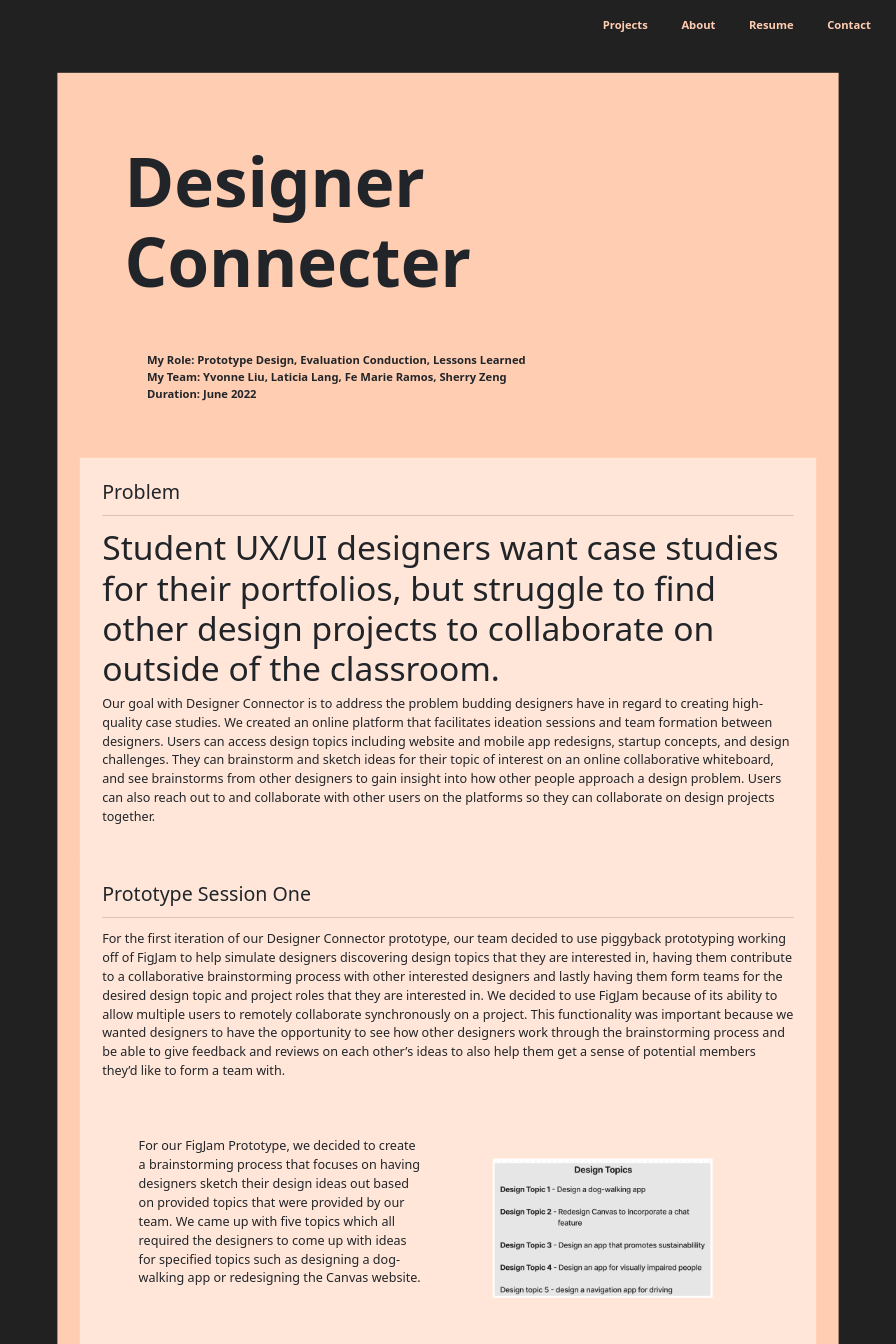
Repository: thais-chen/Portfolio
Page: designer.html
An editor plug-in stored every save of this project. The page is shown before and after the next save, followed by the edit.
The browser window is 1280 px wide. The pictures show the part of the page from y = 0 to 1920 px (the page is 10987 px tall), at 70% of full size.
A picture or video elsewhere on the page could not be fetched, so the positions and the page height are approximate.

Above is the page before, as saved 2022-06-22 19:20:15.

### designer.html
<!DOCTYPE html>
<!--[if lt IE 7]>      <html class="no-js lt-ie9 lt-ie8 lt-ie7"> <![endif]-->
<!--[if IE 7]>         <html class="no-js lt-ie9 lt-ie8"> <![endif]-->
<!--[if IE 8]>         <html class="no-js lt-ie9"> <![endif]-->
<!--[if gt IE 8]>      <html class="no-js"> <!--<![endif]-->
<html>
    <head>
        <meta charset="utf-8">
        <meta http-equiv="X-UA-Compatible" content="IE=edge">
        <title></title>
        <meta name="description" content="">
        <meta name="viewport" content="width=device-width, initial-scale=1">
        <link href="https://cdn.jsdelivr.net/npm/bootstrap@5.2.0-beta1/dist/css/bootstrap.min.css" rel="stylesheet"
        integrity="sha384-0evHe/X+R7YkIZDRvuzKMRqM+OrBnVFBL6DOitfPri4tjfHxaWutUpFmBp4vmVor" crossorigin="anonymous">
        <link rel="stylesheet" href="designer.css">
    </head>
    <body>
       <header>

        <nav>
            <div class="container-fluid">
                <ul class="nav justify-content-end">

                    <li class="nav-item"><a href="index.html/#projects"> Projects</a></li>
                    <li class="nav-item"><a href="#about"> About</a> </li>
                    <li class="nav-item"><a href="#projects"> Resume</a></li>
                    <li class="nav-item "><a href="#contact"> Contact</a></li>
                </ul>
        </nav>
        </div>




       </header>
       <main class="container">


        <div class="process">
            <div>

                <div class="col">
                    <h1> Designer <br> Connecter</h1>

                </div>
                <div class=" modal-dialog modal-dialog-centered">
                        <ul>
                            <li>My Role: Prototype Design, Evaluation Conduction, Lessons Learned </li>
                            <li>My Team: Yvonne Liu, Laticia Lang, Fe Marie Ramos, Sherry Zeng</li>
                            <li>Duration: June 2022 </li>
                        </ul>


                </div>
            </div>
        <div class="setting-prob ">
            <h3> Problem</h3>
            <hr>

            <h3 class="display-5">
                Student UX/UI designers want case studies for their portfolios, but struggle to find other design projects to collaborate on outside of the classroom.
            </h3>

            <p>
                Our goal with Designer Connector is to address the problem budding designers have in regard to creating high-quality case studies. We created an online platform that facilitates ideation sessions and team formation between designers. Users can access design topics including website and mobile app redesigns, startup concepts, and design challenges. They can brainstorm and sketch ideas for their topic of interest on an online collaborative whiteboard, and see brainstorms from other designers to gain insight into how other people approach a design problem. Users can also reach out to and collaborate with other users on the platforms so they can collaborate on design projects together.
            </p>
        </div>
            <div class="proto-one setting-prob">
                <h3>Prototype Session One</h3>
                <hr>
                <p>
                    For the first iteration of our Designer Connector prototype, our team decided to use piggyback prototyping working off of FigJam to help simulate designers discovering design topics that they are interested in, having them contribute to a collaborative brainstorming process with other interested designers and lastly having them form teams for the desired design topic and project roles that they are interested in. We decided to use FigJam because of its ability to allow multiple users to remotely collaborate synchronously on a project. This functionality was important because we wanted designers to have the opportunity to see how other designers work through the brainstorming process and be able to give feedback and reviews on each other’s ideas to also help them get a sense of potential members they’d like to form a team with.
                </p>

               <div class="row">
                <div class="col">
                    <p>
                        For our FigJam Prototype, we decided to create a brainstorming process that focuses on having designers sketch their design ideas out based on provided topics that were provided by our team. We came up with five topics which all required the designers to come up with ideas for specified topics such as designing a dog-walking app or redesigning the Canvas website.
                    </p>
                </div>
                <div class="col">
                    <img class="img-fluid" src="images/designer/prototype1a.png">
                </div>
               </div>


                <p>We had designers rotate through four rounds so that each group of designers can create sketches for all four topics. Each round was timed so that designers only had two minutes to get their ideas down. After the rounds of sketches were completed, we had all designers take some time to review each other’s work and leave heart stamps for the ideas they found interesting.</p>

                    <center>
                        <img class="img-fluid" src="images/designer/p1b.png">
                        <figcaption  class="lead"> Here is an example of a design topic that participants worked on — they were tasked with sketching out their ideas for an app that promotes sustainability</figcaption  class="lead">

                     <img class="img-fluid" src="images/designer/a1c.png">
                        <figcaption  class="lead"> Participants were given the freedom to sign their names up on a first-come-first-serve basis for their desired design topic and team role </figcaption  class="lead">
                    </center>



                <p>
                    After having designers reflect on and review each other’s designs, we then proceeded onto the team formation part of the prototype that was conducted on Google Sheets. Here we gave designers the freedom to sign-up for their desired topic and project roles on their own.
                </p>

            </div>
            <div class="proto-two">
                <h3>Prototype Session Two</h3>
                <hr>
                <p>
                    For the second iteration of the Designer Connector prototype, we made improvements based on the feedback we received from the first round of prototyping.
                </p>
                <img class="img-fluid" src="images/designer/2a.png">
                <figcaption  class="lead">The 2nd iteration of our prototype was more organized in terms of layout which makes for a more streamlined brainstorming process</figcaption  class="lead">
                <p>
                    For this improved version, we kept the design brainstorm concept fairly the same; however, major changes were made to the layout of the brainstorming process and we also included a better design topic basis for designers to work off of rather than having them come up with entirely new design concepts. We changed the layout of the prototype for the sake of organization purposes so groups of designers know exactly where they need to go and which topic they would need to be working on. We also cut down the number of rounds from 4 to 3 and also focused on 3 design topics that required participants to redesign a specific website with a purpose in mind such as redesigning Craigslist for easier navigation.
                </p>
                <img class="img-fluid" src="images/designer/2b.png">
                <figcaption  class="lead">Here is an example of one of the design topics that participants were tasked with conducting their brainstorms on. They used a combination of sketches and comments to highlight any changes they wanted to make in their redesign.</figcaption  class="lead">

                <p>
                    Instead of having designers sketch out their ideas from scratch, for this version we decided to base the design topics on real websites and provided designers with screenshots of a webpage for them to mark up and make comments on for them to indicate their brainstorming ideas. Providing them with a screenshot of a webpage to work off of, allows the designers to pinpoint exactly where on the page they want to make the redesign changes and explain their idea with FigJam’s comment feature.
                </p>
                <div class="row">
                    <div class="col-8">
                    <p> After the brainstorming session was completed, we then had designers move on to the team formation section of our
                        prototype. Here we used Discord to simulate a live voice chat feature so that participants could join chats based on
                        their design topic of interest, network with other interested designers, and ultimately end up forming teams and
                        settling on project roles after getting to know each other more. For the purpose of this prototyping session, we
                        capped the number of participants that could enter a voice channel so that teams would be even and designers could
                        see if their first choice in design topic or role is taken and would have to move on to their second choice. </p>
                        <p>
                        Participants were directed to join voice channels on Discord based on their desired design topic (step 1) and then break
                        up into smaller groups (step 2) to form teams and choose their desired project role. </p>
                    </div>
                    <div class="col">
                        <img class="img-fluid" src="images/designer/2c.png">

                    </div>
                </div>
                <p>
                    After the brainstorming session was completed, we then had designers move on to the team formation section of our prototype. Here we used Discord to simulate a live voice chat feature so that participants could join chats based on their design topic of interest, network with other interested designers, and ultimately end up forming teams and settling on project roles after getting to know each other more. For the purpose of this prototyping session, we capped the number of participants that could enter a voice channel so that teams would be even and designers could see if their first choice in design topic or role is taken and would have to move on to their second choice.
                </p>
                <img class="img-fluid" src="images/designer/2d.png">
                <figcaption  class="lead"> After networking with other designers on Discord and breaking themselves up into teams, participants were prompted to sign their names up for their desired team and role on Google Sheets.</figcaption  class="lead">
                <p>
                    Lastly, after having designers talk amongst themselves on Discord, we then had them go onto a Google Sheet to sign up for their desired teams and project roles that they should have discussed with other members in the voice chats. For purposes of promoting further communication between formed teams, we had designers include their e-mail address information so that they could contact their respective team members on their own afterward.
                </p>
            </div>
            <div class="final-proto">


                        <p>
                            Based on the results of the previous two prototyping sessions, our team was able to use the data collected from feedback to create an actual prototype of our website on Figma. Our vision for Designer Connector is for it to be a website that designers use to discover design topics, brainstorm their ideas, collaborate with other designers, and ultimately use to help them form teams to work on a design project of their interest.
                        </p>


                        <img class="img-fluid" src="images/designer/3a.png" >
                        <p>
                            Users will be required to create an account to use the website. By requiring users to create accounts, we reduce the number of trolls on the website and promote interaction and collaboration with other users.
                        </p>
                        <center>
                            <img class="img-fluid" src="images/designer/3b.gif">
                            <img class="img-fluid" src="images/designer/3c.gif">
                        </center>

                        <p>
                            Users can browse through different design topics posted by users from around the world. They can brainstorm and sketch ideas for their topic of interest on an online collaborative whiteboard, and view other peoples’ comments on the same topic.
                        </p>
                        <img class="img-fluid" src="images/designer/3d.gif">
                        <p>Once users have engaged in brainstorming sessions and viewed other users’ designs, they can sign up to work on their desired topic. To ensure a well-rounded team, teams are comprised of different roles (UI/UX Designer, UX researcher, programmer, etc). </p>


            </div>
            <div class="eval">
                <h2> Evaluation Sessions</h2>
                <hr>
                <div class="row">
                    <div class="col">
                        <h4>
                            How did we conduct evaluations?

                        </h4>
                        <p>
                            During both rounds of prototyping, we observed participants’ behavior and how they interacted with our prototype. After both sessions, we administered surveys to ask for feedback. Surveys sought to uncover the effectiveness of our prototype in a) helping groups brainstorm and decide on a topic to work on and b) forming teams with other students. We also wanted to identify pain points and areas of confusion so that we could improve our prototype.
                        </p>
                    </div>
                    <div class="col">
                        <h4>
                            Key Lessons Learned
                        </h4>
                        <p>
                            Overall, we received positive responses to our prototype. Participants indicated that brainstorming for different topics on Figjam helped them rapidly produce ideas and decide what topic they wanted to do. Notably, users expressed that being able to see other peoples’ ideas and brainstorms was helpful and provided useful insight into how to approach a design problem.
                        </p>
                     </div>
                </div>
                    <center>   <img class="img-fluid" src="images/designer/4a.png" >
                        <figcaption  class="lead">Criticisms and suggestions we got from our participants

                    </figcaption  class="lead"> </center>

            </div>
            <div class="reflection">
                <h2> Reflection</h2>
                <hr>
                <p>
                    Students are eager to collaborate with each other but have trouble getting the ball rolling and expressing their ideas. Designer Connector aims to bring together individuals with the interest of collaborating on a project together, by helping them choose an appropriate role and brainstorm creative ideas through sketching and commenting on ideas with like-minded designers. We do not know if people will have a pleasant experience collaborating with their group mates, whether issues will arise, or if they will all contribute equally to the project. However, civilized discussion amongst group mates is likely to lead to a peaceful resolution, and active practice in resolving conflicts will strengthen one’s ability to work in a group. Designer Collector remains a solid resource for those looking to find others to collaborate with on design projects.
                </p>
            </div>
        </div>
       </main>
        <script src="" async defer></script>
    </body>
</html>

### designer.css
header{

}
ul{
    list-style: none;
}
li{
    font-weight: 600;
}
h1{
font-weight: 800;
font-size: 6rem;
}
body{
     background-color: #000000de;

}
.container div{
    padding: 2rem;
}

.bg{
    background-color: #e5989b23;
}

p{
   font-size: large;
}
.process{
    background-color:  #ffcdb2;
}

.container{
    margin-top: 2rem;
}
img{
    padding: 2rem;
}
/*navbar*/
.nav li{
    padding: 1.5rem;
}

a:link {  color: #ffcdb2; text-decoration: none;}


a:visited {  color: #ffcdb2; text-decoration: none; }


a:hover {
  color: white;
}

.setting-prob{
    background-color: #ffffff7e;
}

After the next save:
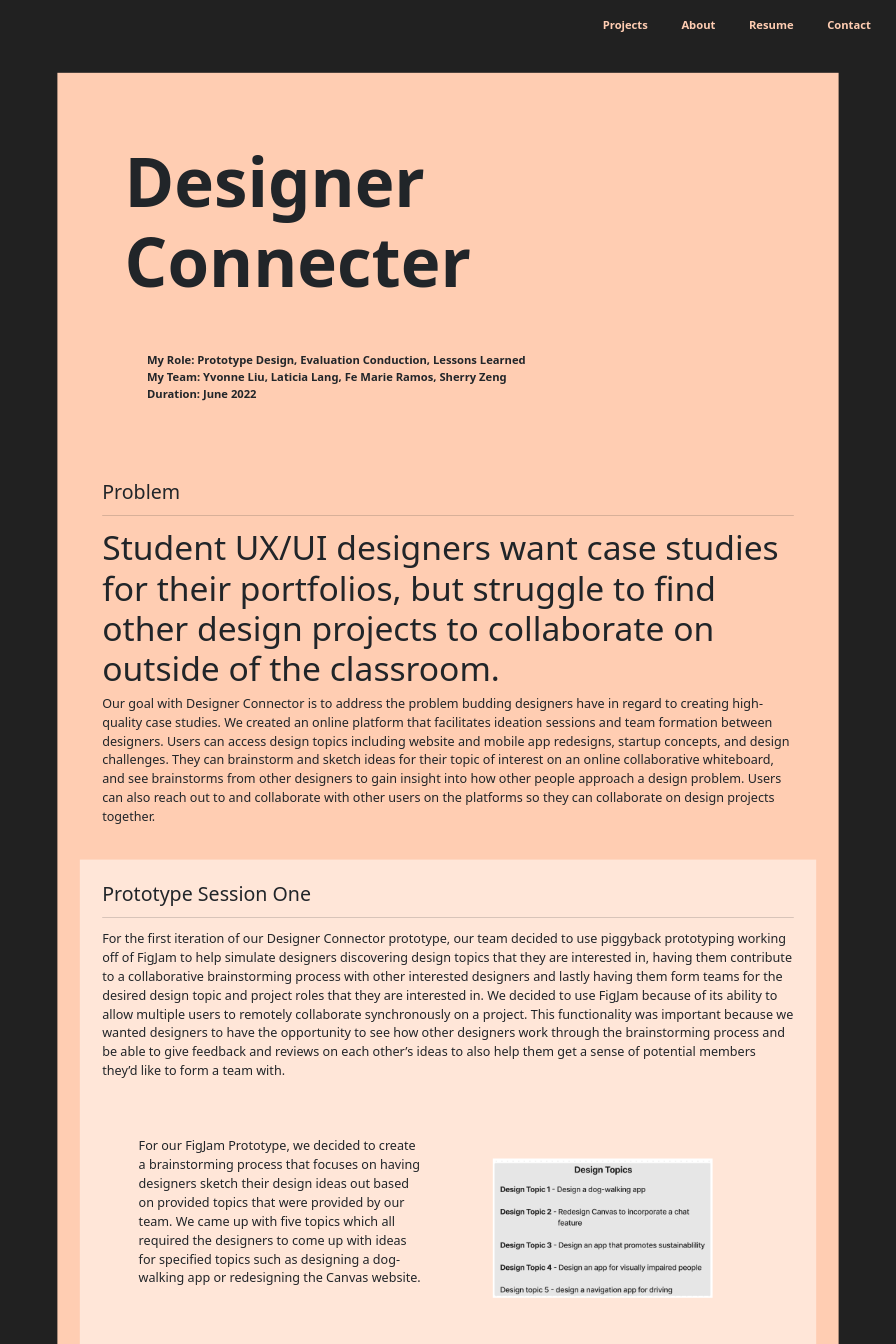
Saved 62 s later.
--- a/designer.html
+++ b/designer.html
@@ -53,7 +53,7 @@
 
                 </div>
             </div>
-        <div class="setting-prob ">
+        <div >
             <h3> Problem</h3>
             <hr>
 

After the save that followed:
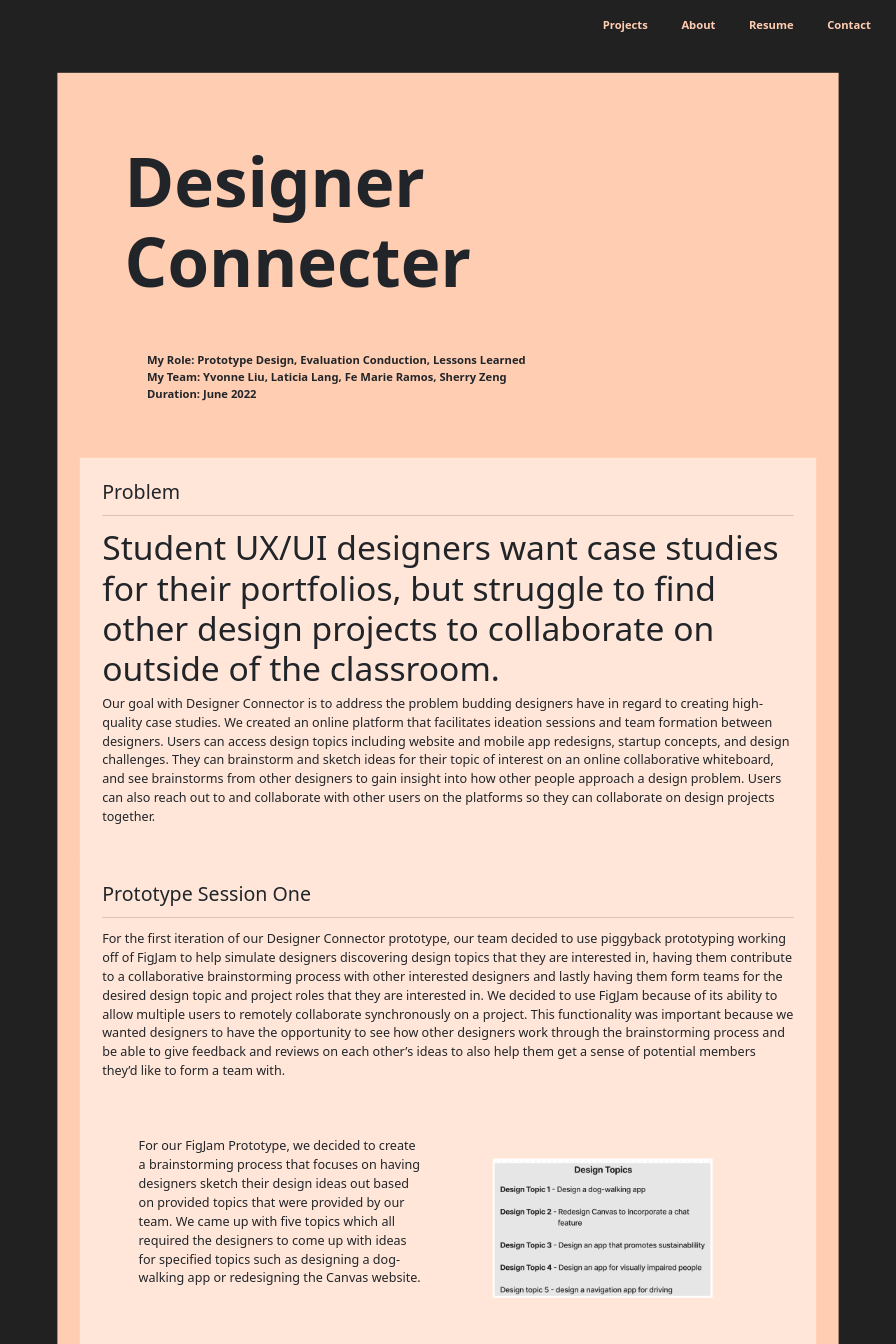
Saved 5 s later.
--- a/designer.html
+++ b/designer.html
@@ -53,7 +53,7 @@
 
                 </div>
             </div>
-        <div >
+        <div class="setting-prob ">
             <h3> Problem</h3>
             <hr>
 
